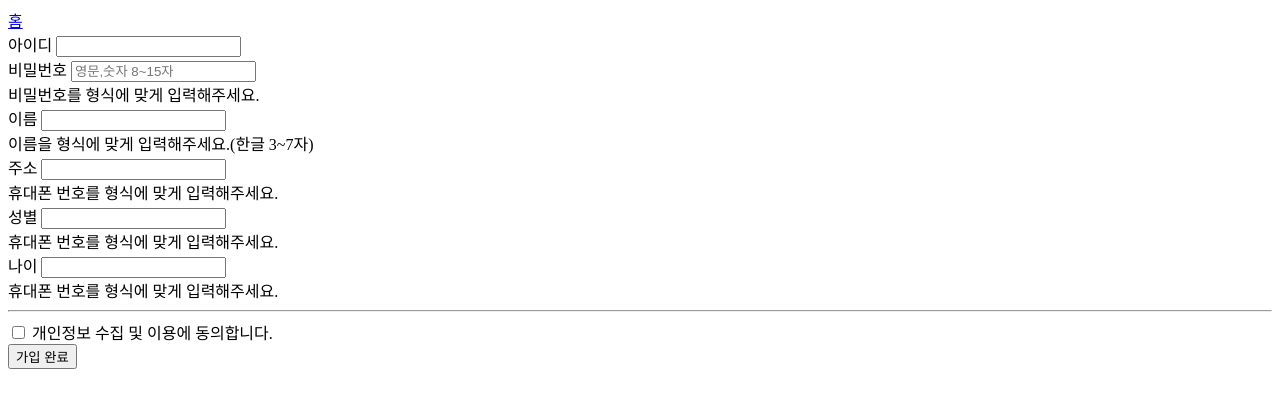
Repository: PacJ/spring_project
Page: http://localhost/spring_project/WEB-INF/views/user/signup.jsp
These files come from the project's save history. The page is drawn as it stood at one moment and after the next save; the edit follows.
The browser window is 1280 px wide. The pictures show the whole page.
The page is served by Tomcat 9. Nobody is signed in. The template is opened directly, without the code that normally fills it, so the values that code supplies are empty.

Above is the page before, as saved 2023-03-02 05:29:36.

After the next save:
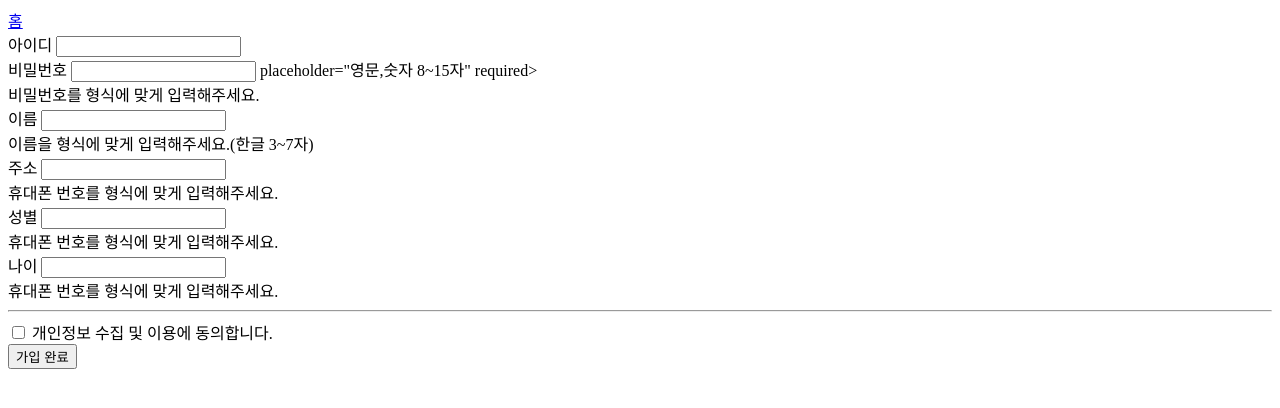
Saved 77 s later.
--- a/spring_project/src/main/webapp/WEB-INF/views/user/signup.jsp
+++ b/spring_project/src/main/webapp/WEB-INF/views/user/signup.jsp
@@ -21,7 +21,8 @@
 	          <div class="mb-3">
 	            <label for="pass">비밀번호</label>
 	            <input type="password"  class="form-control" name="userPw"
-	            pattern="[a-zA-Z0-9]{8,15}"  placeholder="영문,숫자 8~15자" required>
+	            <!-- pattern="[a-zA-Z0-9]{8,15}"  -->
+	             placeholder="영문,숫자 8~15자" required>
 	            <div class="invalid-feedback">
 	              비밀번호를 형식에 맞게 입력해주세요.
 	            </div>

After the save that followed:
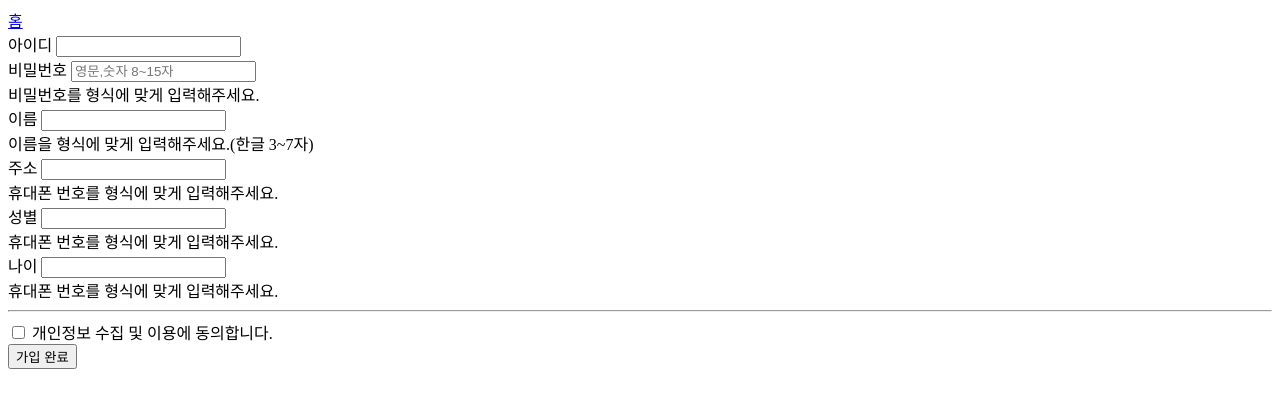
Saved 8 s later.
--- a/spring_project/src/main/webapp/WEB-INF/views/user/signup.jsp
+++ b/spring_project/src/main/webapp/WEB-INF/views/user/signup.jsp
@@ -21,7 +21,7 @@
 	          <div class="mb-3">
 	            <label for="pass">비밀번호</label>
 	            <input type="password"  class="form-control" name="userPw"
-	            <!-- pattern="[a-zA-Z0-9]{8,15}"  -->
+	            pattern="[a-zA-Z0-9]{8,15}"
 	             placeholder="영문,숫자 8~15자" required>
 	            <div class="invalid-feedback">
 	              비밀번호를 형식에 맞게 입력해주세요.
